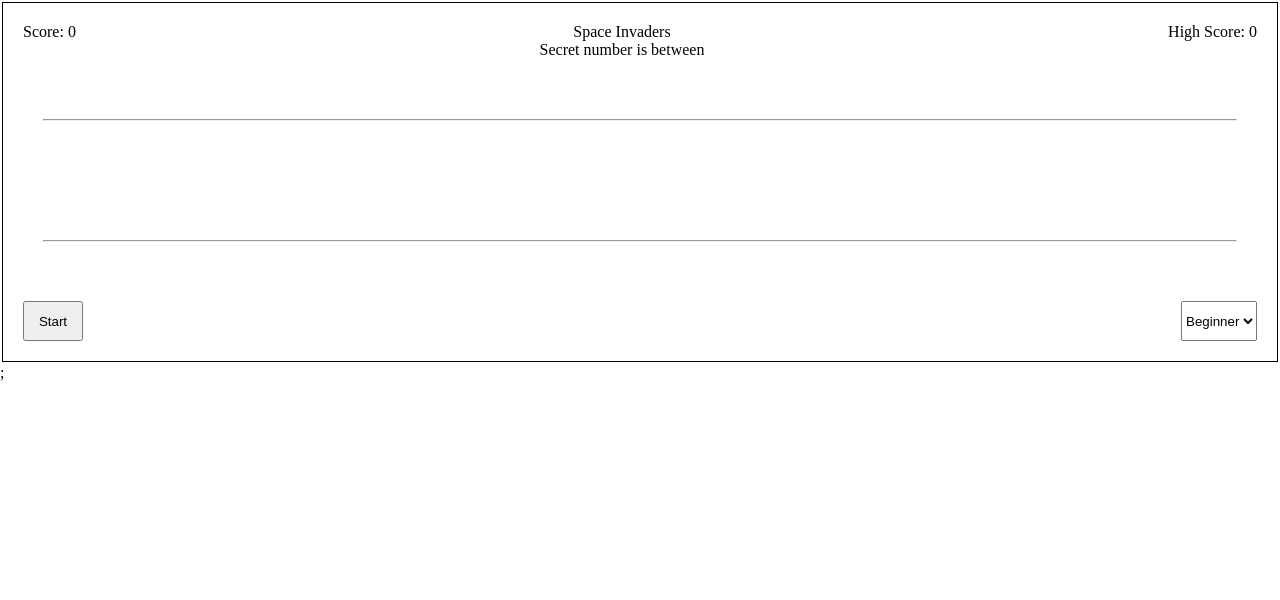
Repository: baziz22/Vanilla_JS_Projects
Page: space invaders/index.html
The author's editor kept a copy of each file at every save. The page is drawn from the files as they stood at one save, then again after the next save.
The browser window is 1280 px wide. The pictures show the whole page.

Above is the page before, as saved 2022-02-20 00:53:23.

### space invaders/index.html
<!DOCTYPE html>
<html lang="en">
  <head>
    <meta charset="UTF-8" />
    <meta http-equiv="X-UA-Compatible" content="IE=edge" />
    <meta name="viewport" content="width=device-width, initial-scale=1.0" />
    <link rel="stylesheet" href="style.css" />
    <title>Space Invaders</title>
  </head>
  <body>
    <div id="scene">
      <div id="scene-header">
        <div>Score: <span id="score">0</span></div>
        <div id="scene-messages">
          <div id="game-title">Space Invaders</div>
          <div id="rules">
            Secret number is between <span id="between"></span>
          </div>
        </div>

        <div>High Score: <span id="high-score">0</span></div>
      </div>
      <hr />
      <div id="scene-body">
        <div class="grid"></div>
      </div>
      <hr />
      <div id="scene-footer">
        <button id="start-btn">Start</button>
        <select id="level" title="levels">
          <option value="beginner">Beginner</option>
          <option value="medium">Medium</option>
          <option value="hard">Hard</option>
        </select>
      </div>
    </div>
    ;

    <script src="script.js"></script>
  </body>
</html>

### space invaders/style.css
* {
  padding: 0;
  margin: 0;
  box-sizing: border-box;
}
#scene {
  min-width: 50vh;
  min-height: 50vh;
  padding: 20px;
  margin: 2px;
  border: 1px solid black;
  display: flex;
  flex-direction: column;
  justify-content: space-between;
}
#scene-header {
  display: flex;
  justify-content: space-between;
}
#scene-messages {
  display: flex;
  flex-direction: column;
  justify-items: center;
  text-align: center;
  align-items: center;
}

#scene-body {
  display: flex;
  justify-content: space-between;
}
#scene-footer {
  display: flex;
  justify-content: space-between;
}

#secret-number {
  width: 30px;
  height: 30px;
  margin: 20px;
  background-color: darkgray;
  font-size: 30px;
  color: #fff;
}

#start-btn {
  width: 60px;
  height: 40px;
}

hr {
  margin: 5px 20px;
}

Loaded but not shown: space invaders/script.js (no stored copy; drawn as an empty file)

After the next save:
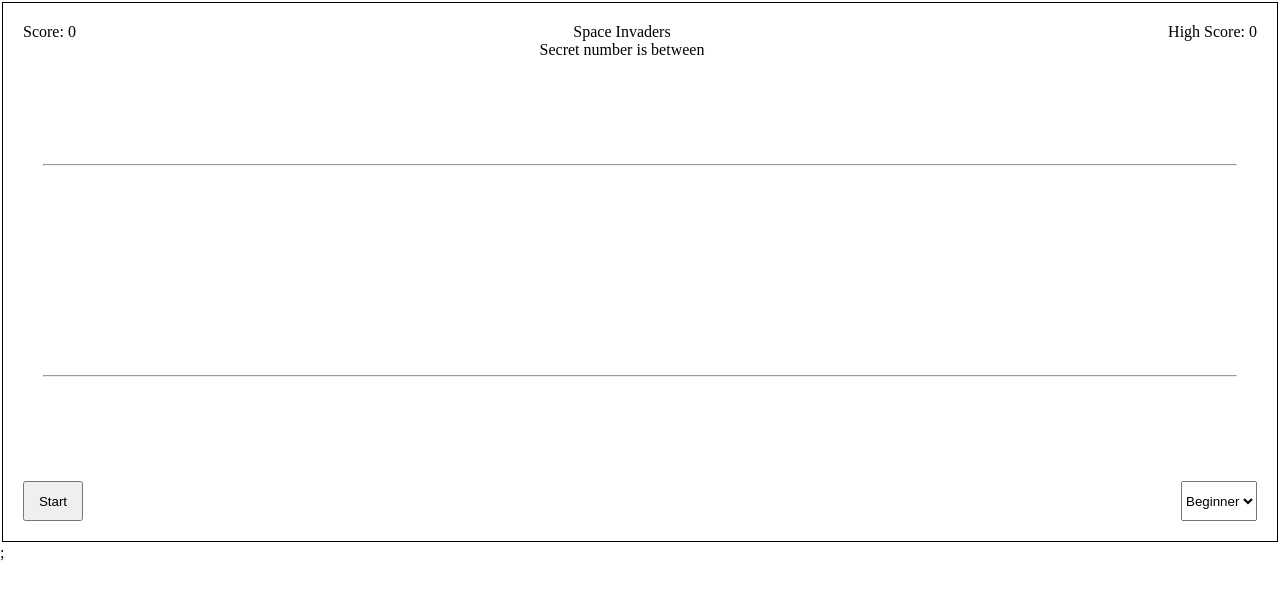
Saved 63 s later.
--- a/space invaders/style.css
+++ b/space invaders/style.css
@@ -5,7 +5,7 @@
 }
 #scene {
   min-width: 50vh;
-  min-height: 50vh;
+  min-height: 75vh;
   padding: 20px;
   margin: 2px;
   border: 1px solid black;
@@ -34,15 +34,6 @@
   justify-content: space-between;
 }
 
-#secret-number {
-  width: 30px;
-  height: 30px;
-  margin: 20px;
-  background-color: darkgray;
-  font-size: 30px;
-  color: #fff;
-}
-
 #start-btn {
   width: 60px;
   height: 40px;
